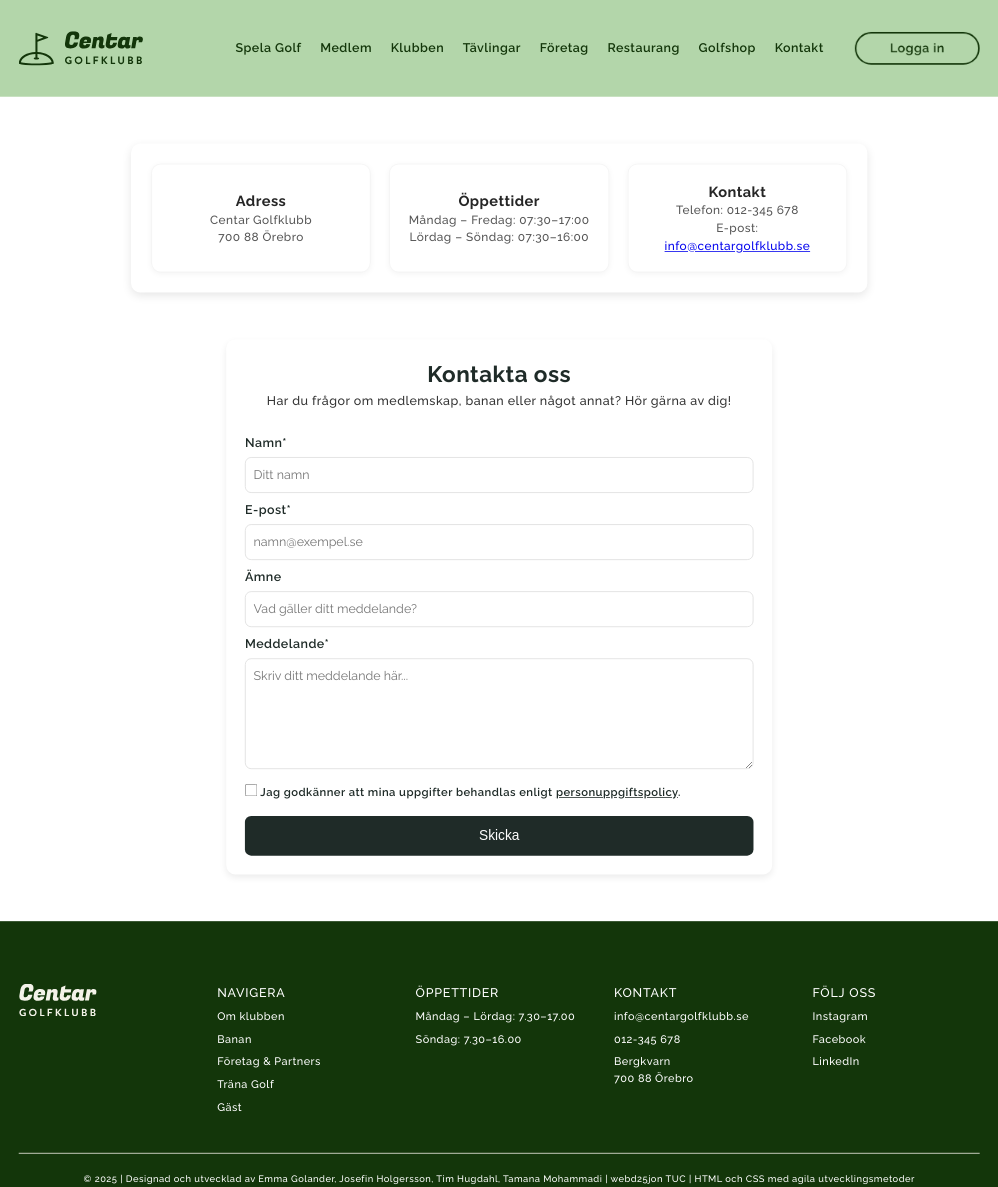
Repository: Tamana831/GolfklubbCentar
Page: kontakt.html
The author's editor kept a copy of each file at every save. The page is drawn from the files as they stood at one save, then again after the next save.
The browser window is 1280 px wide. The pictures show the whole page, at 78% of full size.

Above is the page before, as saved 2025-10-24 00:21:23.

After the next save:
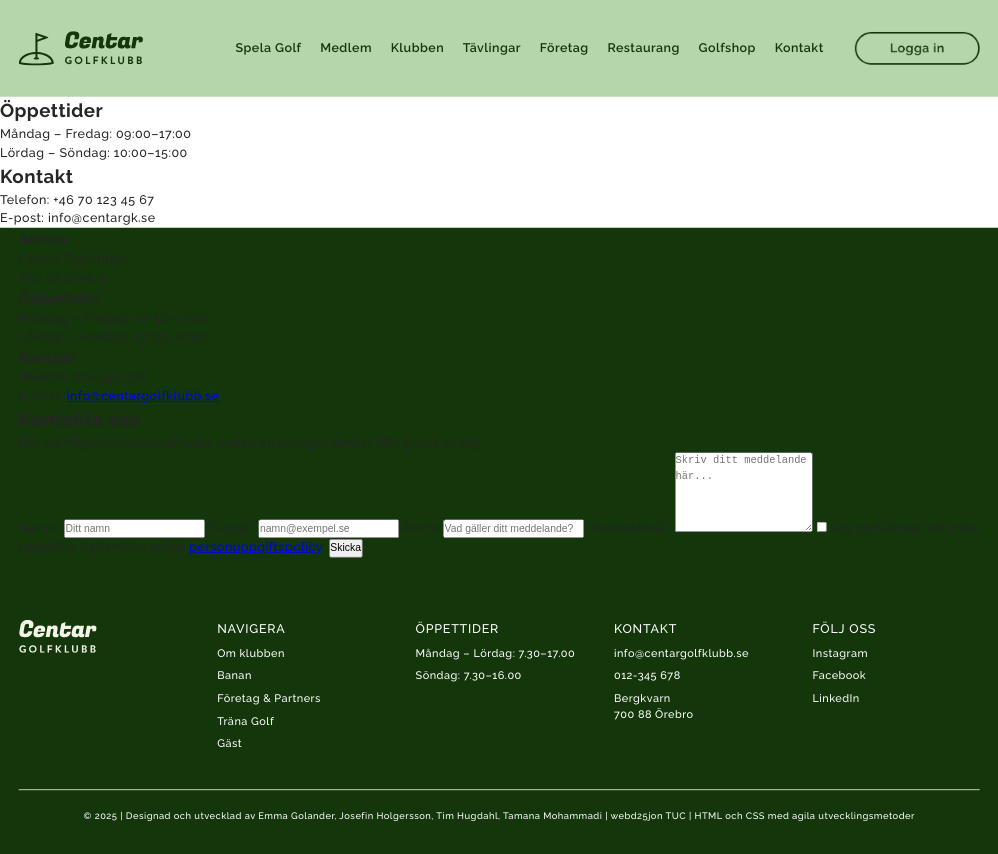
Saved 2 min 46 s later.
--- a/kontakt.html
+++ b/kontakt.html
@@ -3,29 +3,28 @@
   <head>
     <meta charset="UTF-8" />
     <meta name="viewport" content="width=device-width, initial-scale=1.0" />
-    <meta name="description" content="Kontakta Centar Golfklubb – öppettider, adress och kontaktuppgifter." />
-    <title>Kontakta oss</title>
-
-    <!-- Grundstilar -->
+    <title>Design element</title>
+    <!-- variables.css och base.css måste ligga överst då vi vill att den ska läsas in först -->
     <link rel="stylesheet" href="styles/variables.css" />
     <link rel="stylesheet" href="styles/base.css" />
-    <link rel="stylesheet" href="styles/kontakt.css" />
   </head>
-
   <body>
-    <!-- HEADER -->
-    <header class="bg-green-mid header-start" role="banner">
-      <nav class="container main-nav-wrapper" role="navigation" aria-label="Huvudnavigering">
-        <a href="index.html">
-          <img src="images/centar_logotype_primary_dark.svg" alt="Centar logotype" class="logotype" />
-        </a>
-
-        <input type="checkbox" id="menu-toggle" aria-controls="menu" aria-label="Visa meny" />
+    <!-- Sätter färg hela vägen ut -->
+    <header class="bg-green-mid">
+      <!-- Nedan div för att sätta maxbredd på sidan -->
+      <nav class="container main-nav-wrapper">
+        <a href="#"
+          ><img
+            src="images/centar_logotype_primary_dark.svg"
+            alt="Centar logotype"
+            class="logotype"
+        /></a>
+        <input type="checkbox" id="menu-toggle" />
         <label for="menu-toggle" class="menu-button-container">
           <span class="menu-button"></span>
+          <!--inline-->
         </label>
-
-        <div class="menu-wrapper" id="menu">
+        <div class="menu-wrapper">
           <ul>
             <li><a href="spelagolf.html">Spela Golf</a></li>
             <li><a href="#">Medlem</a></li>
@@ -34,13 +33,28 @@
             <li><a href="#">Företag</a></li>
             <li><a href="#">Restaurang</a></li>
             <li><a href="#">Golfshop</a></li>
-            <li><a href="kontakt.html" class="active">Kontakt</a></li>
+            <li><a href="#">Kontakt</a></li>
           </ul>
           <a href="#" class="button btn-primary-outline">Logga in</a>
         </div>
       </nav>
     </header>
 
+  <div class="card contact-card">
+    <h2>Öppettider</h2>
+    <p>Måndag – Fredag: 09:00–17:00<br>
+       Lördag – Söndag: 10:00–15:00</p>
+  </div>
+
+  <div class="card contact-card">
+    <h2>Kontakt</h2>
+    <p>Telefon: +46 70 123 45 67<br>
+       E-post: info@centargk.se</p>
+  </div>
+</section>
+
+    </header>
+      <footer class="bg-green-dark">
     <!-- HELA KONTAKTSEKTIONEN MED BAKGRUND -->
     <section class="contact-section" aria-labelledby="kontakt-h1">
       <div class="container">
@@ -103,6 +117,7 @@
 
     <!-- FOOTER -->
     <footer class="bg-green-dark" role="contentinfo">
+
       <div class="container text-white footer-wrapper">
         <nav class="foot-nav-wrapper body-sm" aria-label="Sidfot navigation">
           <div class="foot-nav-item foot-logo-wrapper">
